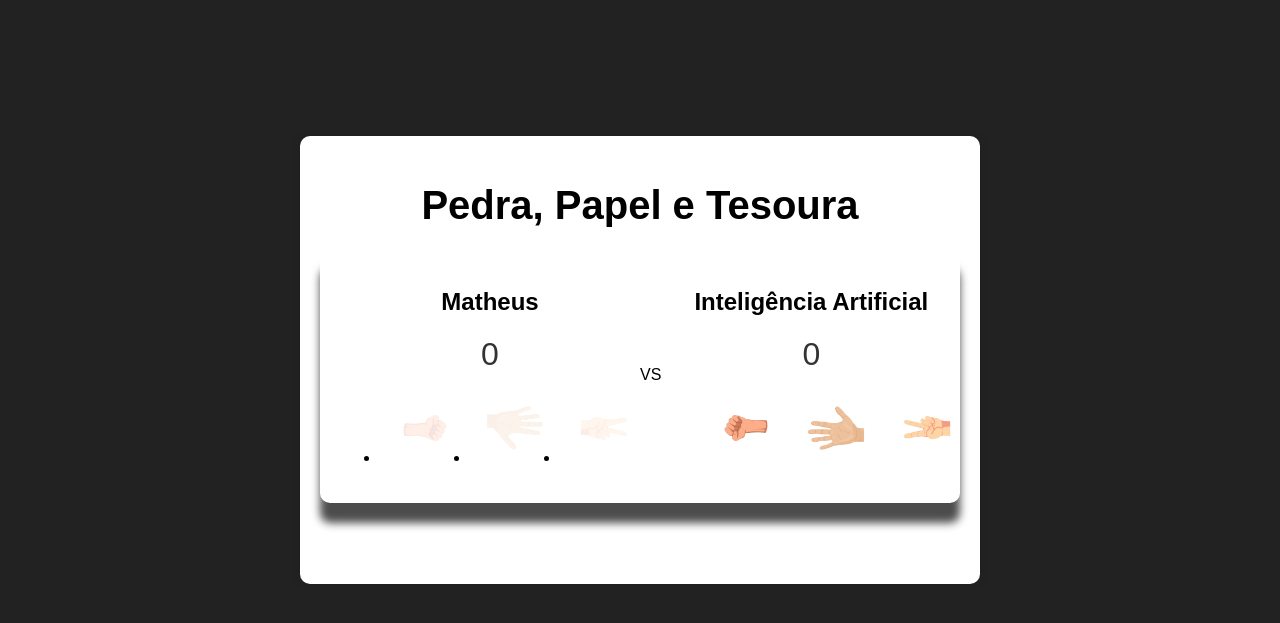
Repository: Matheus904-12/Pedra-Papel
Page: index.html
The author's editor kept a copy of each file at every save. The page is drawn from the files as they stood at one save, then again after the next save.
The browser window is 1280 px wide. The pictures show the whole page.

Above is the page before, as saved 2023-08-28 23:06:01.

### index.html
<!DOCTYPE html>
<html lang="en">
<head>
    <meta charset="UTF-8">
    <meta name="viewport" content="width=device-width, initial-scale=1.0">
    <title>Pedra, Papel e Tesoura</title>
    <link rel="stylesheet" href="style.css">
    <script src="script.js"></script>
</head>
<body>
    <center>
    <div class="box">
        <div class="container">
            <h1 id="titulo">Pedra, Papel e Tesoura</h1>
            <div class="placar" id="placar">
                <div class="jogador">
                    <h2 id="jogadorNome">Matheus</h2>
                    <p id="jogadorPontos">0</p>
                    <ul class="escolhas" id="jogadorEscolha">
                        <li>
                            <a id="jogadorEscolha1" class="escolha" onclick="jogar(1)">
                                <img src="img/1-removebg-preview.png" alt="">
                            </a>
                        </li>
                        <li>
                            <a id="jogadorEscolha2" class="escolha" onclick="jogar(2)">
                                <img src="img/2-removebg-preview.png" alt="">
                            </a>
                        </li>
                        <li>
                            <a id="jogadorEscolha3" class="escolha" onclick="jogar(3)">
                                <img src="img/3-removebg-preview.png" alt="">
                            </a>
                        </li>
                    </ul>
                </div>
                <div id="versus">VS</div>
                <div class="computador">
                    <h2 id="computadorNome">Inteligência Artificial</h2>
                    <p id="computadorPontos">0</p>
                    <ul class="escolhas" id="computadorEscolha">

                            <a id="computadorEscolha1" class="escolha">
                                <img src="img2/1.png" alt="">
                            </a>

                            <a id="computadorEscolha2" class="escolha">
                                <img src="img2/2.png" alt="">
                            </a>

                            <a id="computadorEscolha3" class="escolha">
                                <img src="img2/3.png" alt="">
                            </a>

                    </ul>
                </div>
            </div>
            <div class="mensagem"><p id="mensagem"class="result-message">&nbsp;</p>
    </div>
</center>
</body>
</html>

### style.css
/* Estilos para as escolhas do jogador e do computador */
ul#jogadorEscolha li a,
ul#computadorEscolha li a {
    opacity: 0.2;
    transition: ease-in-out 0.3s;
}

ul#jogadorEscolha li a:hover,
ul#jogadorEscolha li a.selecionado,
ul#computadorEscolha li a.selecionado {
    opacity: 1;
}

/* Estilos gerais */
body {
    font-family: 'Arial', sans-serif;
    background-color: #222;
    margin: 0;
    padding: 0;
    transition: background-color 0.5s ease;
    display: flex;
    align-items: center;
    justify-content: center;
    min-height: 100vh;
}

/* Estilo do container principal */
.box {
    display: flex;
    flex-direction: column;
    align-items: center;
    justify-content: center;
    background-color: #fff;
    box-shadow: 0 0 10px rgba(0, 0, 0, 0.1);
    border-radius: 10px;
    padding: 20px;
    margin: 20px;
}

/* Estilo do título */
#titulo {
    font-size: 2.5rem;
    color: #000;
    margin-bottom: 20px;
}

/* Estilo do placar */
.placar {
    display: flex;
    align-items: center;
    justify-content: space-between;
    padding: 20px;
    background-color: #fff;
    border-radius: 10px;
    box-shadow: 0 20px 8px rgba(0, 0, 0, 0.7);
    width: 100%;
    max-width: 600px;
    margin-top: 20px;
}

.jogador,
.computador {
    width: 50%;
}

.jogador p,
.computador p {
    font-size: 2rem;
    color: #333;
    margin: 0;
}

.escolhas {
    display: flex;
    justify-content: space-around;
    margin-top: 20px;
}

.escolhas img {
    max-width: 70px;
    cursor: pointer;
    transition: transform 0.3s ease;
    margin: 0 10px;
}

.escolhas img:hover {
    transform: scale(1.1);
}

/* Estilo do resultado/mensagem */
.result-message {
    font-size: 1.2rem;
    margin-top: 20px;
    color: #000;
}

.result-message.vitoria {
    color: #4CAF50;
}

.result-message.derrota {
    color: #FF5733;
}

.result-message.empate {
    color: #FFC300;
}

/* Estilo do botão reiniciar */
.reiniciar-jogo {
    background-color: #3498db;
    border: none;
    color: white;
    padding: 10px 20px;
    text-align: center;
    text-decoration: none;
    display: inline-block;
    font-size: 16px;
    border-radius: 5px;
    cursor: pointer;
    transition: background-color 0.3s ease;
    margin-top: 20px;
}

.reiniciar-jogo:hover {
    background-color: #2980b9;
}

/* Estilo do histórico */
.historico {
    text-align: center;
    margin-top: 20px;
}

.historico-toggle {
    background-color: #333;
    border: none;
    color: white;
    padding: 5px 10px;
    font-size: 14px;
    border
-radius: 5px;
    cursor: pointer;
    transition: background-color 0.3s ease;
}

.historico-toggle:hover {
    background-color: #222;
}

.historico-list {
    list-style: none;
    padding: 0;
    display: none;
    text-align: left;
}

.historico-list li {
    font-size: 14px;
    margin-bottom: 5px;
    color: #fff;
}

### script.js
let jogadorEscolha = 0;
let jogadorPontos = 0;
let computadorEscolha = 0;
let computadorPontos = 0;
let ganhador = -1;
let historico = [];

function jogar(escolha){
    jogadorEscolha = escolha;
    computadorEscolha = Math.floor(Math.random() * 3) + 1;


/*PEDRA = 1
  PAPEL = 2
  TESOURA = 3
*/

if (jogadorEscolha == 1 && computadorEscolha == 1) {
    ganhador = 0;
    //*PEDRA = PEDRA*//
} else if (jogadorEscolha == 1 && computadorEscolha == 2) {
    ganhador = 2;
    //PEDRA E PAPEL = PAPEL//
} else if (jogadorEscolha == 1 && computadorEscolha == 3) {
    ganhador = 1;
    //PEDRA E TESOURA = PEDRA//
} else if (jogadorEscolha == 2 && computadorEscolha == 1) {
    ganhador = 1;
    //PAPEL E PEDRA = PEDRA
} else if (jogadorEscolha == 2 && computadorEscolha == 2) {
    ganhador =  0;
    //PAPEL E PAPEL = NADA
} else if (jogadorEscolha == 2 && computadorEscolha == 3) {
    ganhador = 2;
    //PAPEL E TESOURA = TESOURA
} else if (jogadorEscolha == 3 && computadorEscolha == 1) {
    ganhador = 2;
    //TESOURA E PEDRA = PEDRA
} else if (jogadorEscolha == 3 && computadorEscolha == 2) {
    ganhador = 1;
    //TESOURA E PAPEL = TESOURA
} else if (jogadorEscolha == 3 && computadorEscolha == 3) {
    ganhador = 0;
    //TESOURA E TESOURA = EMPATE
}


document.getElementById('jogadorEscolha1').classList.remove('selecionado');
document.getElementById('jogadorEscolha2').classList.remove('selecionado');
document.getElementById('jogadorEscolha3').classList.remove('selecionado');
document.getElementById('computadorEscolha1').classList.remove('selecionado');
document.getElementById('computadorEscolha2').classList.remove('selecionado');
document.getElementById('computadorEscolha3').classList.remove('selecionado');



document.getElementById('jogadorEscolha'+jogadorEscolha).classList.add('selecionado');
document.getElementById('computadorEscolha'+computadorEscolha).classList.add('selecionado');


/*
EMPATE = 0;
JOGADOR = 1;
COMPUTADOR = 2;
*/


// Atualizar placar
if (ganhador === 1) {
    jogadorPontos++;
} else if (ganhador === 2) {
    computadorPontos++;
}

document.getElementById('jogadorPontos').textContent = jogadorPontos;
document.getElementById('computadorPontos').textContent = computadorPontos;


// Mensagem do resultado
let mensagem = '';
if (ganhador === 1) {
    mensagem = 'Você venceu!';
} else if (ganhador === 2) {
    mensagem = 'Você perdeu!';
} else {
    mensagem = 'Empate!';
}

// Adicionar ao histórico
historico.push({
    jogador: jogadorEscolha,
    computador: computadorEscolha,
    resultado: ganhador
});

// Atualizar elementos na página
document.getElementById('jogadorPontos').textContent = jogadorPontos;
document.getElementById('computadorPontos').textContent = computadorPontos;
document.querySelector('.result-message').textContent = mensagem;
document.querySelector('.result-message').className = `result-message ${ganhadorClass}`;

// Exibir histórico
mostrarHistorico();

// Adicionar classe de estilo à mensagem
let mensagemElement = document.getElementById('mensagem');
mensagemElement.classList.remove('vitoria', 'derrota', 'empate');
if (ganhador === 1) {
    mensagemElement.classList.add('vitoria');
} else if (ganhador === 2) {
    mensagemElement.classList.add('derrota');
} else {
    mensagemElement.classList.add('empate');
}
}

function mostrarHistorico() {
let historicoList = document.getElementById('historico-list');
historicoList.innerHTML = '';

for (let i = 0; i < historico.length; i++) {
    let item = historico[i];
    let resultado = '';
    if (item.resultado === 1) {
        resultado = 'Vitória';
    } else if (item.resultado === 2) {
        resultado = 'Derrota';
    } else {
        resultado = 'Empate';
    }

    let listItem = document.createElement('li');
    listItem.textContent = `Jogador: ${item.jogador} | Computador: ${item.computador} | Resultado: ${resultado}`;
    historicoList.appendChild(listItem);
}


document.getElementById('historico-toggle').addEventListener('click', function() {
    const historicoList = document.querySelector('.historico-list');
    historicoList.style.display = historicoList.style.display === 'none' ? 'block' : 'none';
    this.textContent = historicoList.style.display === 'none' ? 'Ver Histórico' : 'Esconder Histórico';
});

// Mensagem do resultado
let mensagem = '';
if (ganhador === 1) {
    mensagem = 'Você venceu!';
} else if (ganhador === 2) {
    mensagem = 'Você perdeu!';
} else {
    mensagem = 'Empate!';
}

// Adicionar ao histórico
historico.push({
    jogador: jogadorEscolha,
    computador: computadorEscolha,
    resultado: ganhador
});


// Atualizar elementos na página
document.getElementById('jogadorPontos').textContent = jogadorPontos;
document.getElementById('computadorPontos').textContent = computadorPontos;
document.querySelector('.result-message').textContent = mensagem;
document.querySelector('.result-message').className = `result-message ${ganhadorClass}`;


 // Adicionar classe de estilo à mensagem
let mensagemElement = document.querySelector('.mensagem');
mensagemElement.classList.remove('vitoria', 'derrota', 'empate');
if (ganhador === 1) {
    mensagemElement.classList.add('vitoria');
} else if (ganhador === 2) {
    mensagemElement.classList.add('derrota');
} else {
    mensagemElement.classList.add('empate');
}

// Atualizar estilo da página com base no resultado
document.querySelector('.box').className = `box ${ganhadorClass}`;




// Atualizar cor de fundo com base no resultado
if (ganhador === 1) {
    document.body.style.backgroundColor = '#4CAF50'; // Verde
} else if (ganhador === 2) {
    document.body.style.backgroundColor = '#FF5733'; // Vermelho
} else {
    document.body.style.backgroundColor = '#FFC300'; // Amarelo
}


// Selecionar escolha do jogador
document.getElementById(`jogadorEscolha${jogadorEscolha}`).classList.add('selecionado');


// Atualizar escolhas do jogador
document.getElementById(`jogadorEscolha${jogadorEscolha}`).classList.add('selecionado');
document.getElementById(`computadorEscolha${computadorEscolha}`).classList.add('selecionado');

// Atualizar estilo da página com base no resultado
document.querySelector('.box').className = `box ${ganhadorClass}`;

// Função para reiniciar o jogo
function reiniciarJogo() {
    jogadorPontos = 0;
    computadorPontos = 0;
    historico = [];
    limparEscolhas();
    atualizarPlacar();
    limparMensagem();
    mostrarHistorico();
    resetarEstiloPagina();
}

// Limpar escolhas selecionadas
function limparEscolhas() {
    document.querySelectorAll('.escolha').forEach(element => {
        element.classList.remove('selecionado');
    });
}

// Atualizar placar
function atualizarPlacar() {
    document.getElementById('jogadorPontos').textContent = jogadorPontos;
    document.getElementById('computadorPontos').textContent = computadorPontos;
}

// Limpar mensagem do resultado
function limparMensagem() {
    document.querySelector('.result-message').textContent = '';
    document.querySelector('.mensagem').className = 'mensagem';
}

// Resetar estilo da página
function resetarEstiloPagina() {
    document.querySelector('.box').className = 'box';
}

// Botão de reiniciar o jogo
document.getElementById('reiniciar-jogo').addEventListener('click', function() {
    reiniciarJogo();
});


// Função para reiniciar o jogo
function reiniciarJogo() {
    jogadorPontos = 0;
    computadorPontos = 0;
    historico = [];
    limparEscolhas();
    atualizarPlacar();
    limparMensagem();
    mostrarHistorico();
    resetarEstiloPagina();
}

// Limpar escolhas selecionadas
function limparEscolhas() {
    document.querySelectorAll('.escolha').forEach(element => {
        element.classList.remove('selecionado');
    });
}

// Atualizar placar
function atualizarPlacar() {
    document.getElementById('jogadorPontos').textContent = jogadorPontos;
    document.getElementById('computadorPontos').textContent = computadorPontos;
}

// Limpar mensagem do resultado
function limparMensagem() {
    document.querySelector('.result-message').textContent = '';
    document.querySelector('.mensagem').className = 'mensagem';
}

// Resetar estilo da página
function resetarEstiloPagina() {
    document.querySelector('.box').className = 'box';
}

// Botão de reiniciar o jogo
document.getElementById('reiniciar-jogo').addEventListener('click', function() {
    reiniciarJogo();
});


}

After the next save:
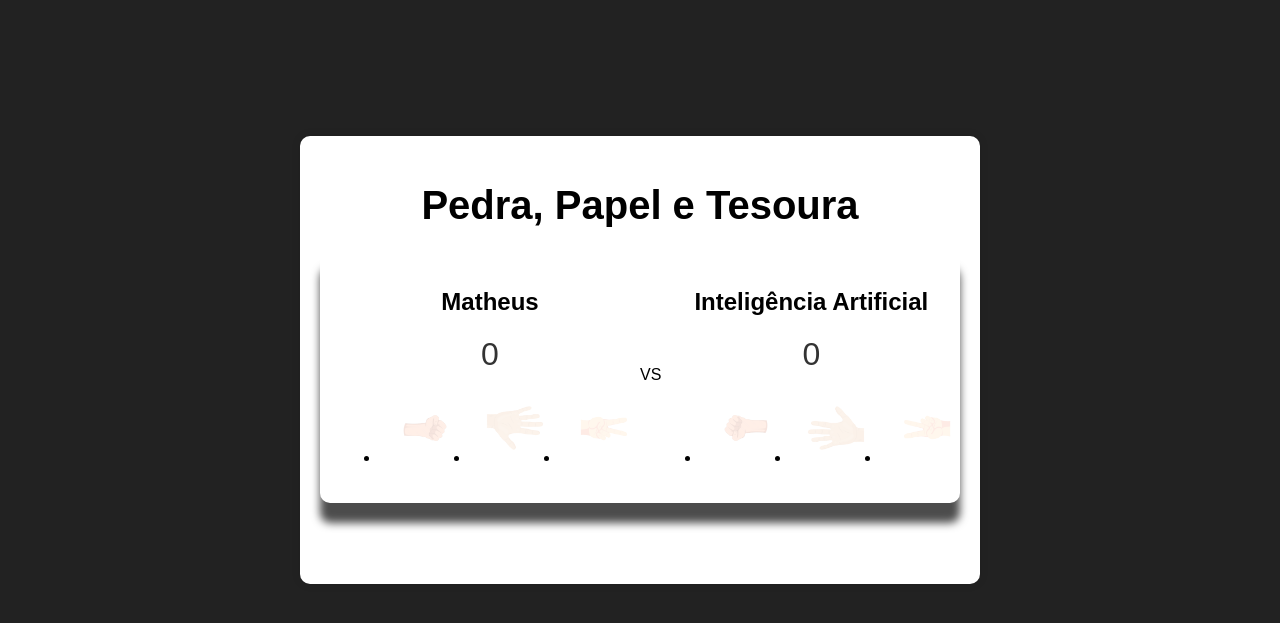
Saved 38 s later.
--- a/index.html
+++ b/index.html
@@ -39,19 +39,21 @@
                     <h2 id="computadorNome">Inteligência Artificial</h2>
                     <p id="computadorPontos">0</p>
                     <ul class="escolhas" id="computadorEscolha">
-
+                        <li>
                             <a id="computadorEscolha1" class="escolha">
                                 <img src="img2/1.png" alt="">
                             </a>
-
+                        </li>
+                        <li>
                             <a id="computadorEscolha2" class="escolha">
                                 <img src="img2/2.png" alt="">
                             </a>
-
+                        </li>
+                        <li>
                             <a id="computadorEscolha3" class="escolha">
                                 <img src="img2/3.png" alt="">
                             </a>
-
+                        </li>
                     </ul>
                 </div>
             </div>
